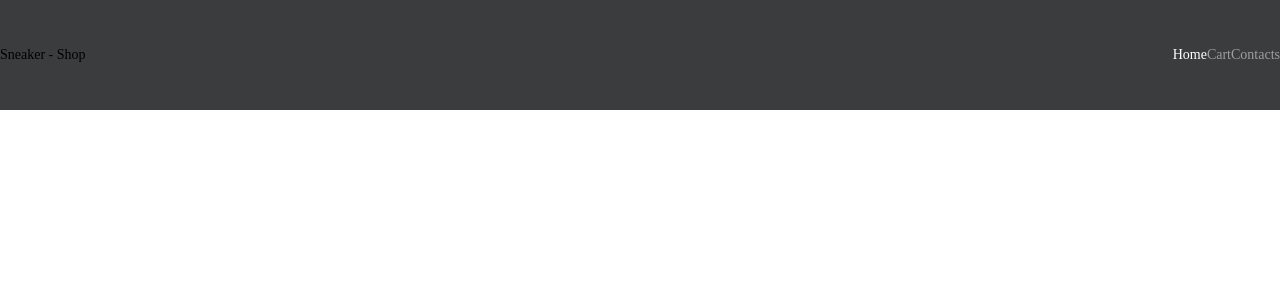
Repository: IstratiiNik/sneaker-shop
Page: /
An editor plug-in stored every save of this project. The page is shown before and after the next save, followed by the edit.
The browser window is 1280 px wide. The pictures show the whole page.
The project was rebuilt for these pictures with package versions that can differ from the ones it lists, and the page was loaded fresh each time. Also part of the build but not shown: vite.config.js.

Above is the page before, as saved 2025-07-01 13:45:19.

### index.html
<!DOCTYPE html>
<html lang="en">
  <head>
    <meta charset="UTF-8" />
    <link rel="icon" type="image/svg+xml" href="/vite.svg" />
    <link rel="preconnect" href="https://fonts.googleapis.com" />
    <link rel="preconnect" href="https://fonts.gstatic.com" crossorigin />
    <link
      href="https://fonts.googleapis.com/css2?family=Montserrat:ital,wght@0,100..900;1,100..900&family=Red+Hat+Display:ital,wght@0,300..900;1,300..900&display=swap"
      rel="stylesheet"
    />
    <meta name="viewport" content="width=device-width, initial-scale=1.0" />
    <title>Sneaker Shop</title>
  </head>
  <body>
    <div id="root"></div>
    <script type="module" src="/src/main.jsx"></script>
  </body>
</html>

### src/App.jsx
import Header from "./components/Header/Header";
import "./App.css";

function App() {
  return <Header />;
}

export default App;

### src/components/Header/Header.jsx
import React from "react";
import { NavLink } from "react-router-dom";
import styles from "./Header.module.scss";

const Header = () => {
  return (
    <header className={styles.header}>
      <div className={styles.container}>
        <h1>Sneaker - Shop</h1>
        <nav className={styles.nav}>
          <NavLink
            to="/"
            style={({ isActive }) => ({
              color: isActive ? "#FFFFFF" : "#FFFFFF80",
            })}
          >
            Home
          </NavLink>
          <NavLink
            to="/cart"
            style={({ isActive }) => ({
              color: isActive ? "#FFFFFF" : "#FFFFFF80",
            })}
          >
            Cart
          </NavLink>
          <NavLink
            to="/contacts"
            style={({ isActive }) => ({
              color: isActive ? "#FFFFFF" : "#FFFFFF80",
            })}
          >
            Contacts
          </NavLink>
        </nav>
      </div>
    </header>
  );
};

export default Header;

### src/App.css
@import "reset.css";

#root {
  margin: 0 auto;
}

### src/components/Header/Header.module.scss
.header {
  background-color: rgb(59, 60, 61);
  height: 110px;
  width: 100%;
}
.container {
  max-width: 1420px;
  margin: 0 auto;
  height: 100%;
  display: flex;
  align-items: center;
  justify-content: space-between;

}

.nav {
}

### src/reset.css
@charset "UTF-8";
/*Обнуление*/
* {
  padding: 0;
  margin: 0;
  border: 0;
}

*,
*:before,
*:after {
  -webkit-box-sizing: border-box;
  box-sizing: border-box;
}

:focus,
:active {
  outline: none;
}

a:focus,
a:active {
  outline: none;
}

nav,
footer,
header,
aside {
  display: block;
}

html,
body {
  height: 100%;
  width: 100%;
  font-size: 100%;
  line-height: 1;
  font-size: 14px;
  -ms-text-size-adjust: 100%;
  -moz-text-size-adjust: 100%;
  -webkit-text-size-adjust: 100%;
}

input,
button,
textarea {
  font-family: inherit;
}

input::-ms-clear {
  display: none;
}

button {
  cursor: pointer;
}

button::-moz-focus-inner {
  padding: 0;
  border: 0;
}

a,
a:visited {
  text-decoration: none;
}

a:hover {
  text-decoration: underline;
}

ul li {
  list-style: none;
}

img {
  vertical-align: top;
}

h1,
h2,
h3,
h4,
h5,
h6 {
  font-size: inherit;
  font-weight: inherit;
}

/*--------------------*/

Loaded but not shown: src/main.jsx (common file)

After the next save:
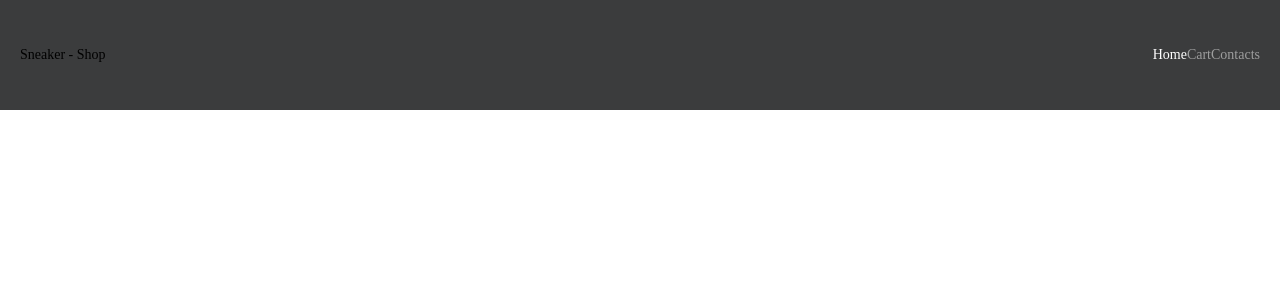
Saved 9 s later.
--- a/src/components/Header/Header.module.scss
+++ b/src/components/Header/Header.module.scss
@@ -10,7 +10,7 @@
   display: flex;
   align-items: center;
   justify-content: space-between;
-
+  padding: 0 20px;
 }
 
 .nav {
